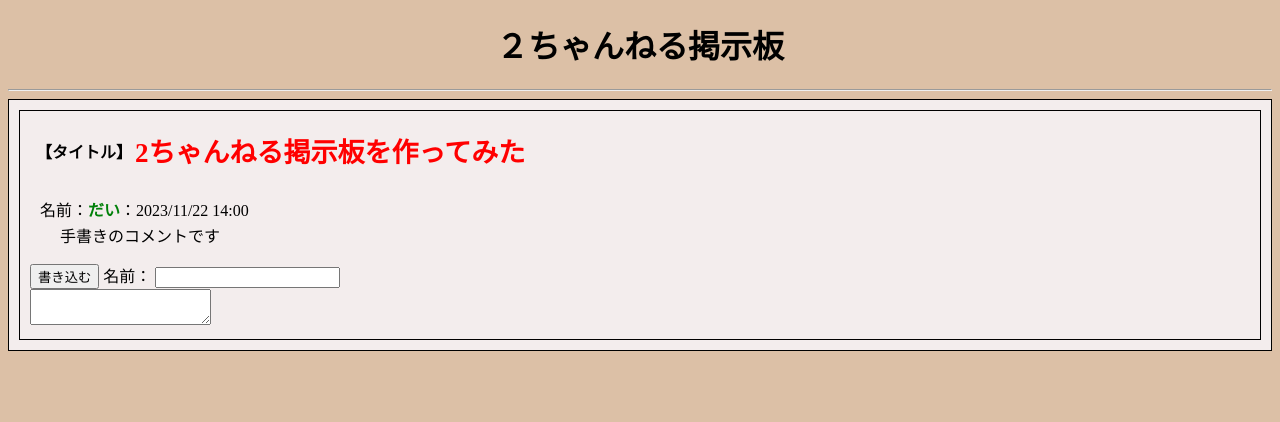
Repository: daidai0602/mba_portal
Page: http://localhost/
The author's editor kept a copy of each file at every save. The page is drawn from the files as they stood at one save, then again after the next save.
The browser window is 1280 px wide. The pictures show the whole page.
The page is run by PHP 8.4 with error messages shown; the project is at /var/www/html/.

Above is the page before, as saved 2023-11-22 15:01:51.

### index.php
<!DOCTYPE html>
<html lang="ja">

<head>
  <meta charset="UTF-8">
  <meta name="viewport" content="width=device-width, initial-scale=1.0">
  <title>2ちゃんねる掲示板</title>
  <link rel="stylesheet" href="./assets/css/style.css">
</head>

<body>
  <header>
    <h1 class = "title">２ちゃんねる掲示板</h1>
    <hr>
  </header>

  <!--スレッドエリア-->
  <div class="threadWrapper">
    <div class="childWrapper">
      <div class= "threadTitle">
        <span>【タイトル】</span>
        <h1>2ちゃんねる掲示板を作ってみた</h1>
      </div>
      <section>
        <article>
          <div class="wrapper">
            <div class="nameArea">
              <span>名前：</span>
              <p class="username">だい</p>
              <time?>：2023/11/22 14:00</time>
            </div>
            <p class="comment">手書きのコメントです</p>
          </div>
        </article>
      </section>
      <form class="formWrapper">
        <div>
          <input type="submit" value="書き込む">
          <label>名前：</label>
          <input type="text">
        </div>
        <div>
          <textarea class="commentTextArea"></textarea>
        </div>
      </form>
    </div>
  </div>


</body>
</html>

### assets/css/style.css
body {
  background-color: #dcc0a6;
}
.title {
  text-align: center;
  font-style: 34px;
}
.threadWrapper {
  background-color: #f3eded;
  padding: 10px;
  max-width: 1300px;
  margin: 0px auto;
  border: 1px solid black;
  margin-bottom: 20px;
}
.childWrapper {
  border: 1px solid black;
  padding: 10px;
}
.threadTitle {
  display: flex;
  align-items: center;
  font-weight: 600;
  margin-left: 6px;
  height: 60px;
}
.threadTitle h1{
  color: red;
  margin-left: 3px;
  font-size: 27px;
}
section {
  padding: 0 10px;
}
section .nameArea {
  display: flex;
  align-items: center;
  margin-bottom: -14px;
}

section .username {
  color: rgb(0, 128, 9);
  font-weight: 700;
}

section .comment {
  margin-top: 0;
  margin-left:20px;
}

.formWrapper {
  paddin
}

After the next save:
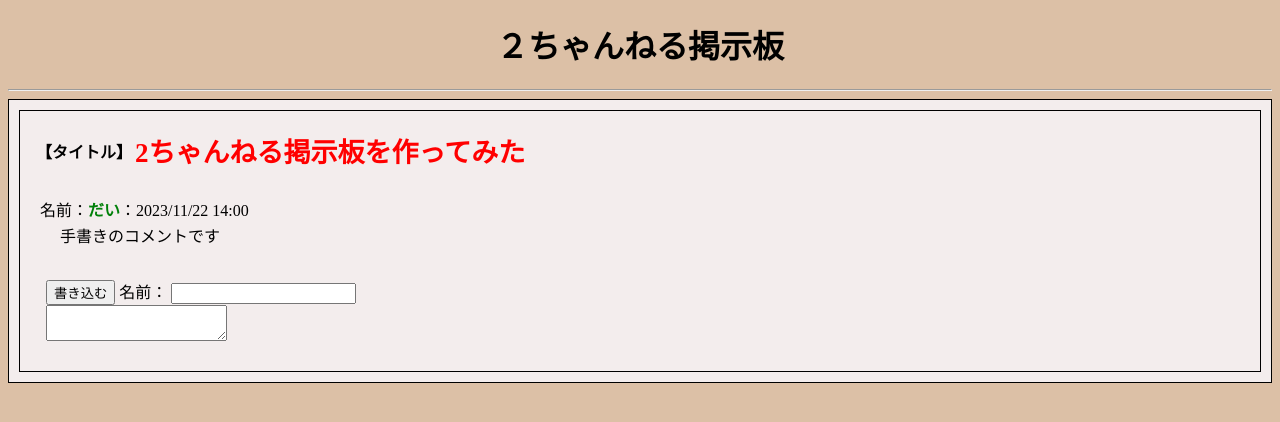
Saved 4 s later.
--- a/assets/css/style.css
+++ b/assets/css/style.css
@@ -49,5 +49,5 @@
 }
 
 .formWrapper {
-  paddin
+  padding: 16px;
 }
